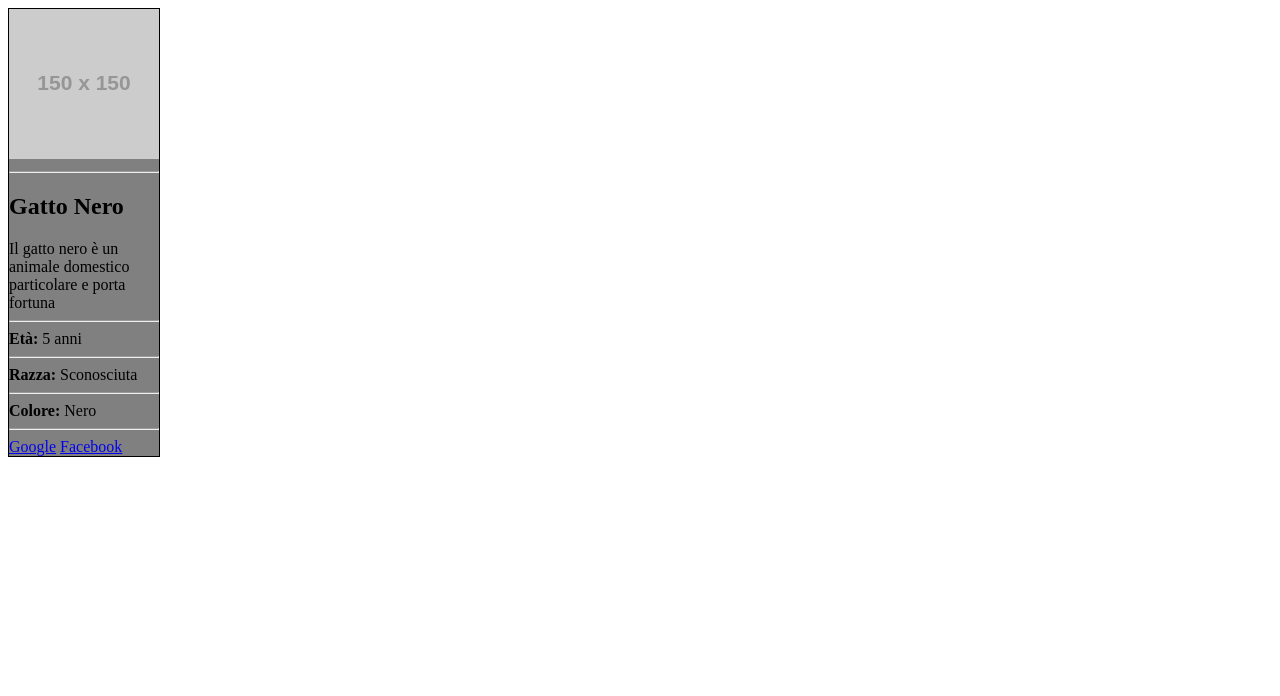
Repository: CryptoFamilyNFT/develhope
Page: html/card.html
An editor plug-in stored every save of this project. The page is shown before and after the next save, followed by the edit.
The browser window is 1280 px wide. The pictures show the whole page.

Above is the page before, as saved 2024-11-06 13:26:15.

After the next save:
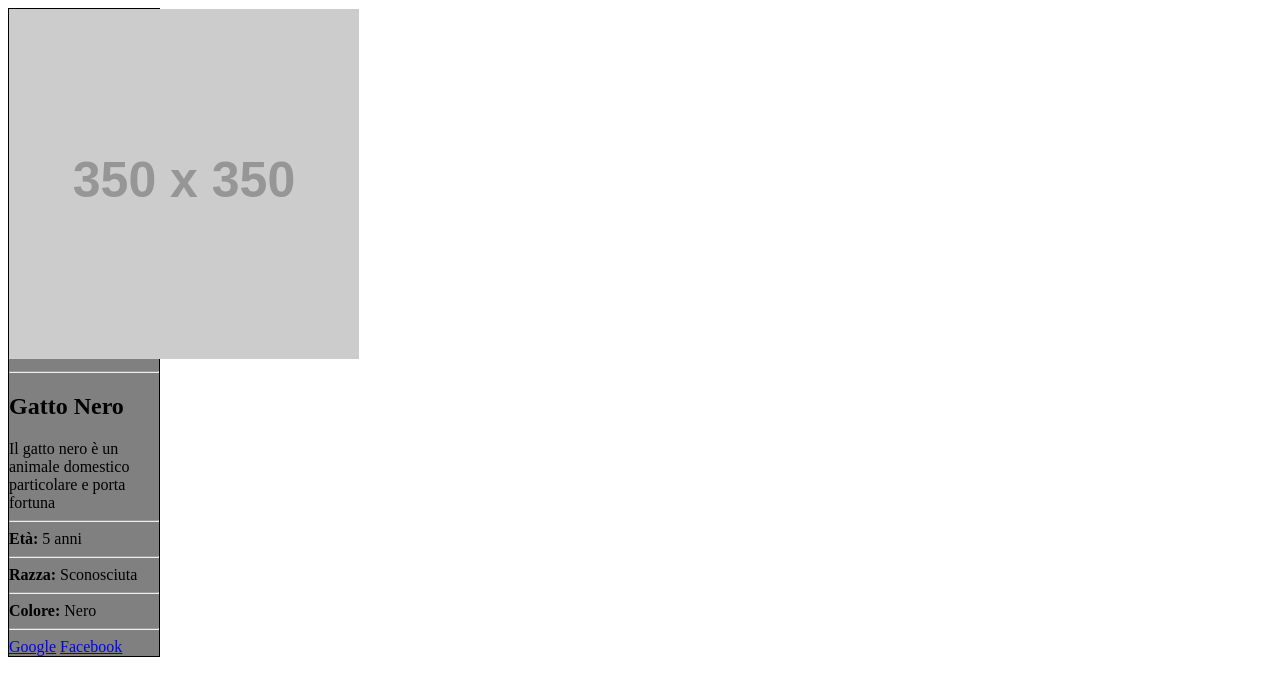
Saved 16 s later.
--- a/html/card.html
+++ b/html/card.html
@@ -33,7 +33,7 @@
     <main>
         <div class="card">
             <div>
-                <img src="https://via.placeholder.com/150" alt="Immagine di esempio">
+                <img src="https://via.placeholder.com/350" alt="Immagine di esempio">
             </div>
             <div>
                 <hr/>
